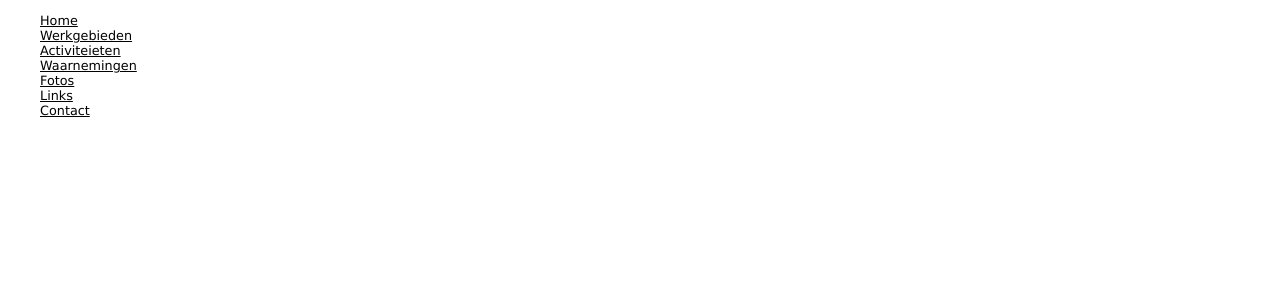
Repository: wimkok/diverse-testjes
Page: VWG/menu.html
The author's editor kept a record of every edit. The page is drawn from the files as they stood at one moment, then again after the next edit.
The browser window is 1280 px wide. The pictures show the whole page.

Above is the page before.

### VWG/menu.html
<!DOCTYPE html PUBLIC "-//W3C//DTD XHTML 1.0 Transitional//EN" "http://www.w3.org/TR/xhtml1/DTD/xhtml1-transitional.dtd">
<html xmlns="http://www.w3.org/1999/xhtml" xml:lang="en-gb" lang="en-gb">
<head>
    <link rel="stylesheet" type="text/css" href="./vwgalphen.css">
<script src="showDOM.js"></script>
</head>
<body>
    <ul>
    <a class='.menu-item' href="index.html">Home</a><br>
    <a class='.menu-item' href="werkgebied.htm">Werkgebieden</a><br>
    <a class='.menu-item' href="intro.htm">Activiteieten</a><br>
    <a class='.menu-item' href="waarneming.htm">Waarnemingen</a><br>
    <a class='.menu-item' href="foto1.htm">Fotos</a><br>
    <a class='.menu-item' href="links.htm">Links</a><br>
    <a class='.menu-item' href="contact.htm">Contact</a>
    </ul>
</body>
</html>

### VWG/vwgalphen.css
body {
	font-family: verdana, helvetica, arial, sans-serif;
	font-size: 80%;
	margin: 0;
	padding: 0;
	background-color : #ffffff;

}
a {
	font-family: Verdana, Arial, Helvetica, sans-serif;
	color: black;
}

.withbg {
    background: url('./back.jpg');
    background-repeat: no-repeat;
}

#base {
	position: fixed;
    top: 160px;
    left: 200px;
	width: 60%;

}

#menu {
	position: fixed;
	width: 120px;
    height: 160px;
    top: 275px;
    left: 20px;
	color: green;
	border:none
}

.menu-item {
	background-color: lightgray;
	color:white;
    width: 110px;
    height: 20px;
    border-style: solid;
    border-color: white black gray white;
    border-width: 1px;
    border-top-style: solid;
    border-right-style: solid;
    border-bottom-style: solid;
    border-left-style: solid;
    vertical-align: 5px;
}

.menu-item  a:link, a:visited {
	position: relative;
	top: 2px;
	left: 5px;
	color:white;
	text-decoration: none;
}

.menu-item a:hover, a:active {
	color: black;
	text-decoration: none;
}

iframe {
	border:none;
	overflow:auto;
}

.item {
	border: none;
	text-align: left;
    display:table-cell;
    vertical-align: middle;
}

.boxed {
	position: relative;
	left: auto;
	right: auto;
	border: dotted;
	text-align: left;
	alignment-adjust: middle;
	width: 40%;
	font-size:120%;
}

p,h1,h2,h3,main {
	font-family: Verdana, Arial, Helvetica, sans-serif;
	font-size: 85%;
	color: black;
}


h1 {
	font-family: Verdana, Arial, Helvetica, sans-serif;
	font-size: 200%;

	font-weight: bold;
}

h2 {
	font-family: Verdana, Arial, Helvetica, sans-serif;
	font-size: 160%;

	font-weight: bold;
}


h3 {

	font-size: 110%;


}

### showDOM.js
function showDOM() {
    var retString = "";
    if (document.getElementById("showDOC") != null) {
    	document.getElementById("showDOC").innerHTML = retString + showDocument();
    } else {retString += showDocument()}
    if (document.getElementById("showDOM") != null) {
        retString += showElement(document.documentElement);
    	document.getElementById("showDOM").innerHTML = retString;
    }
}

function showDocument() {
    var retString = "<h1>Document Info</h1>";
    retString += printp("document.body=" + document.body.nodeName);
    retString += printp("document.doctype=" + document.doctype.name);
    if( document.documentMode == undefined)
    	retString += printp("document.documentMode=alleen IE");
    else
    	retString += printp("document.documentMode=" + document.documentMode);
    if( document.documentURI == undefined)
    	retString += printp("document.documentURI=Niet in IE");
    else
	    retString += printp("document.documentURI=" + document.documentURI);
    retString += printp("document.implementation=" + document.implementation);
    retString += printp("document.referrer=" + document.referrer);
    retString += printp("document.title=" + document.title);
    retString += printp("document.URL=" + document.URL);
    retString += printp("document.links.length=" + document.links.length);

    return retString;
}

function showElement( element ) {
    var retString = "<h1>Element ["+element.nodeName+"]</h1>";
    retString += showAttributes(document.documentElement);
    retString += printp("element.nodeName=" + element.nodeName);
    retString += printp("element.nodeType=" + element.nodeType);
    retString += printp("element.nodeValue=" + element.nodeValue);
    retString += printp("element.title=" + element.title);
    retString += printp("element.style=" + element.style);
    retString += "element.childNodes" + showChildNodes(element);
    return retString;
}

function showChildNodes( element ) {
    var retString = "";
    var nodes = element.childNodes;
    for (var i=0; i<nodes.length; i++) {
        retString += printp("node["+i+"]="+nodes[i].nodeName+":"+nodes[i].nodeType);
    }
    return retString;
}

function showAttributes( element ) {
    var retString = "<h2>Atrributes ["+element.nodeName+"]</h2>";
    var attribs = element.attributes;
    for (var i=0; i<attribs.length; i++) {
        retString += "<p>attrib["+i+"]="+attribs[i].name+":"+attribs[i].value+"</p>";
    }
    return retString;
}

function printp( tekst) {
    return "<p>"+tekst+"</p>";
}

After the next edit:
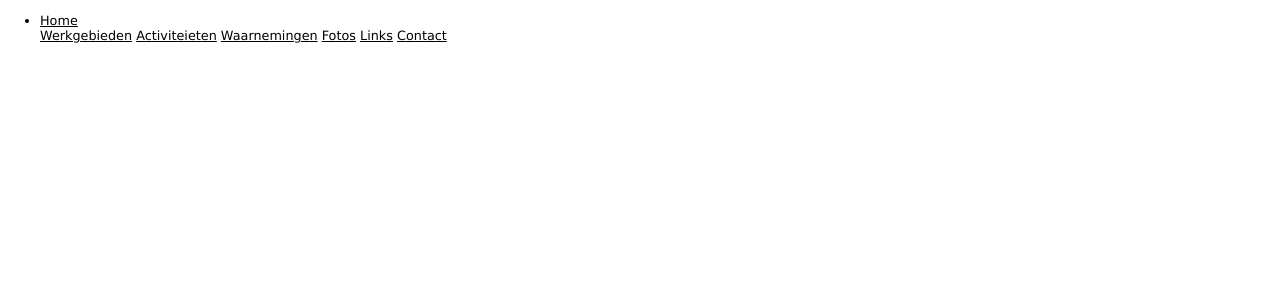
The edit:
--- a/VWG/menu.html
+++ b/VWG/menu.html
@@ -6,13 +6,13 @@
 </head>
 <body>
     <ul>
-    <a class='.menu-item' href="index.html">Home</a><br>
-    <a class='.menu-item' href="werkgebied.htm">Werkgebieden</a><br>
-    <a class='.menu-item' href="intro.htm">Activiteieten</a><br>
-    <a class='.menu-item' href="waarneming.htm">Waarnemingen</a><br>
-    <a class='.menu-item' href="foto1.htm">Fotos</a><br>
-    <a class='.menu-item' href="links.htm">Links</a><br>
-    <a class='.menu-item' href="contact.htm">Contact</a>
+    <li><a class='.menu-item' href="index.html">Home</a></li>
+    <a class='.menu-item' href="werkgebied.htm">Werkgebieden</a></li>
+    <a class='.menu-item' href="intro.htm">Activiteieten</a></li>
+    <a class='.menu-item' href="waarneming.htm">Waarnemingen</a></li>
+    <a class='.menu-item' href="foto1.htm">Fotos</a></li>
+    <a class='.menu-item' href="links.htm">Links</a></li>
+    <a class='.menu-item' href="contact.htm">Contact</a></li>
     </ul>
 </body>
 </html>

After the edit that followed:
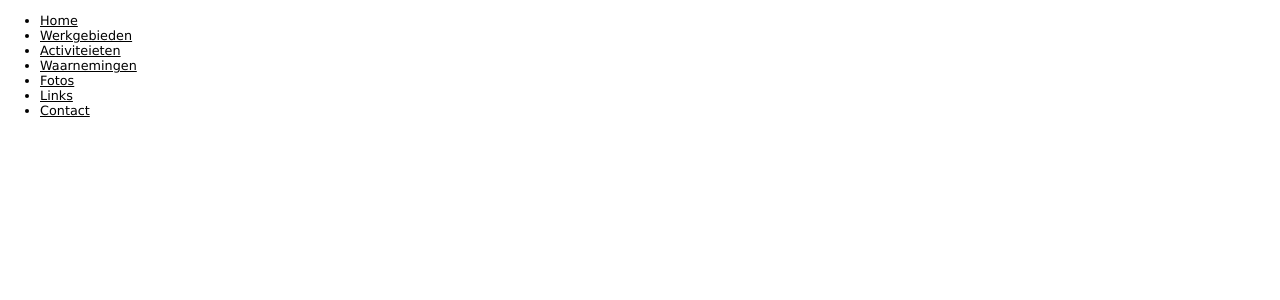
The edit:
--- a/VWG/menu.html
+++ b/VWG/menu.html
@@ -6,13 +6,13 @@
 </head>
 <body>
     <ul>
-    <li><a class='.menu-item' href="index.html">Home</a></li>
-    <a class='.menu-item' href="werkgebied.htm">Werkgebieden</a></li>
-    <a class='.menu-item' href="intro.htm">Activiteieten</a></li>
-    <a class='.menu-item' href="waarneming.htm">Waarnemingen</a></li>
-    <a class='.menu-item' href="foto1.htm">Fotos</a></li>
-    <a class='.menu-item' href="links.htm">Links</a></li>
-    <a class='.menu-item' href="contact.htm">Contact</a></li>
+    <li class='.menu-item'><a href="index.html">Home</a></li>
+    <li class='.menu-item'><a class='.menu-item' href="werkgebied.htm">Werkgebieden</a></li>
+    <li class='.menu-item'><a class='.menu-item' href="intro.htm">Activiteieten</a></li>
+    <li class='.menu-item'><a class='.menu-item' href="waarneming.htm">Waarnemingen</a></li>
+    <li class='.menu-item'><a class='.menu-item' href="foto1.htm">Fotos</a></li>
+    <li class='.menu-item'><a class='.menu-item' href="links.htm">Links</a></li>
+    <li class='.menu-item'><a class='.menu-item' href="contact.htm">Contact</a></li>
     </ul>
 </body>
 </html>
